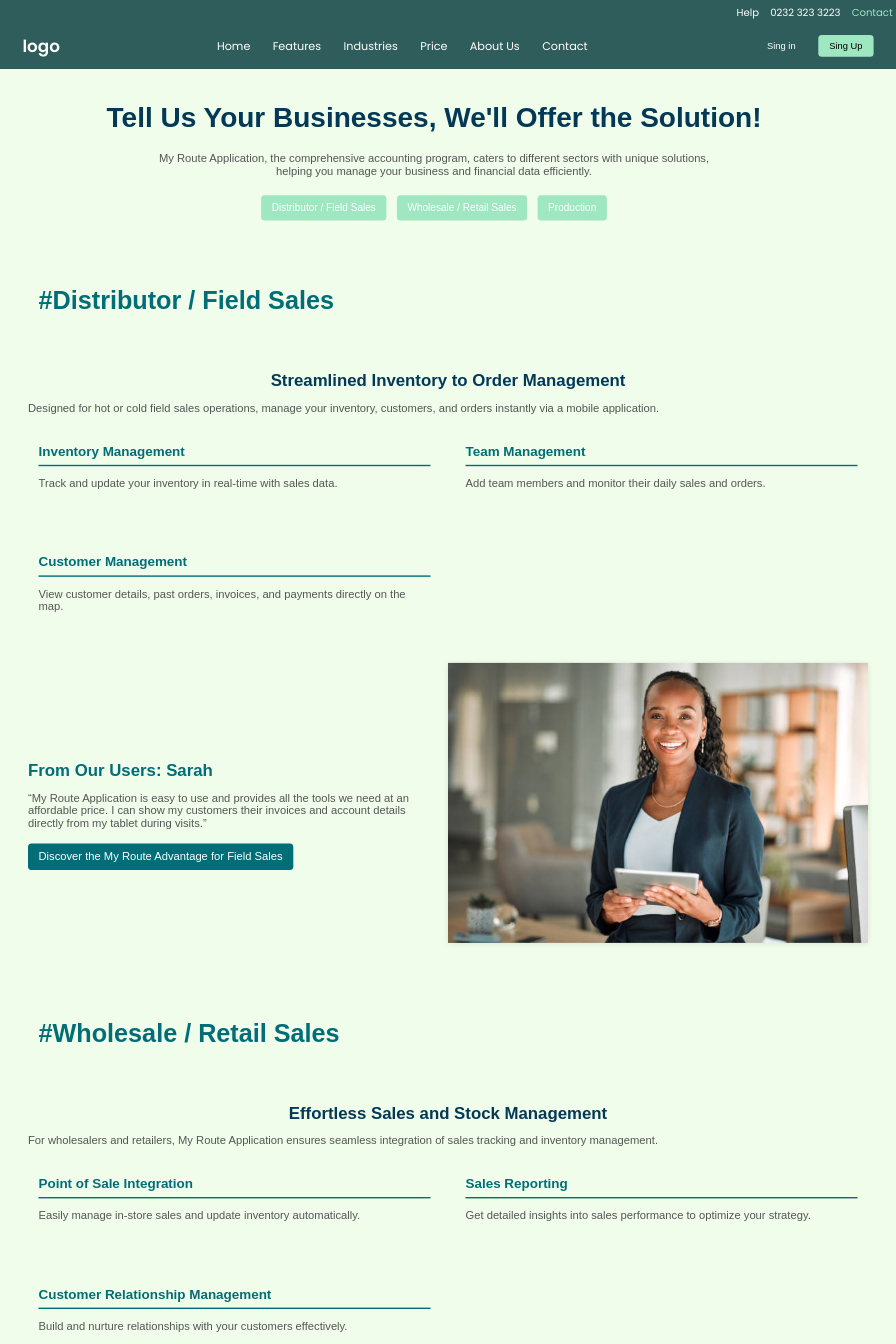
Repository: senolinanyasar/myrouteapplication
Page: /industries
An editor plug-in stored every save of this project. The page is shown before and after the next save, followed by the edit.
The browser window is 1280 px wide. The pictures show the part of the page from y = 0 to 1920 px (the page is 3949 px tall), at 70% of full size.
The project was rebuilt for these pictures with package versions that can differ from the ones it lists, and the page was loaded fresh each time. Also part of the build but not shown: vite.config.js, src/components/HeroSection.css, src/components/HeroSection.js, src/components/FeaturesSection.css, src/components/FeaturesSection.js, src/components/PricingSection.css, src/components/PricingSection.js, src/components/SupportSection.css and 6 more.

Above is the page before, as saved 2024-11-17 23:41:52.

### src/index.css
@import url('https://fonts.googleapis.com/css2?family=Poppins:wght@400;600&display=swap');

body {
  font-family: 'Poppins', sans-serif;
  color: #264653;
  background-color: #f1faee;
  margin: 0;
  padding: 0;
  box-sizing: border-box;
}

code {
  font-family: source-code-pro, Menlo, Monaco, Consolas, 'Courier New',
    monospace;
}

### src/App.js
import React from 'react';
import { BrowserRouter as Router, Route, Routes } from 'react-router-dom';
import Header from './components/Header';
import HomePage from './components/HomePage';
import PricingPage from './components/PricingPage';
import TopBar from './components/TopBar';
import Footer from './components/Footer';
import IndustriesPage from './components/IndustriesPage';


function App() {
  return (
    <Router>
      <TopBar/>
      <Header />
      <Routes>
        <Route path='/' element={<HomePage />} />
        <Route path='/pricing' element={<PricingPage />} />
        <Route path='/industries' element={<IndustriesPage />} />
      </Routes>
      <Footer/>
    </Router>

  );
}

export default App;

### src/components/Header.js
// Header.js
import React from 'react';
import './Header.css';
import { Link } from 'react-router-dom';

const Header = () => {
    return (
        <header className="header">
            <div className="header-logo">logo</div>
            <nav className="header-nav">

                    <Link to="/">Home</Link>
                    <Link to="/features">Features</Link>
                    <Link to="/industries">Industries</Link>
                    <Link to="/pricing">Price</Link>
                    <Link to="/aboutus">About Us</Link>
                    <Link to="/contact">Contact</Link>



            </nav>
            <div className="header-buttons">
                <button className="login-button">Sing in</button>
                <button className="register-button">Sing Up</button>
            </div>
        </header>
    );
};


export default Header;

### src/components/TopBar.js
// TopBar.js
import React from 'react';
import './TopBar.css';

const TopBar = () => {
    return (
        <div className="top-bar">
            <div className="top-bar-content">
                <span>Help</span>
                <span>0232 323 3223</span>
                <a href="#contact">Contact</a>
            </div>
        </div>
    );
};

export default TopBar;

### src/components/Footer.js
// Footer.js

import React from 'react';
import './Footer.css';
import { FaFacebook, FaInstagram, FaLinkedin, FaTwitter, FaYoutube } from 'react-icons/fa';

const Footer = () => {
    return (
        <footer className="footer">
            <div className='footer-content'>
                <div className='footer-left'>
                    <div className='footer-logo'>
                        <h2>My Route Application</h2>
                    </div>
                    <p>Kazımdirik Mahallesi, Üniversite <br />Caddesi Ağaçlı Yol No: 37-39, <br />35100 Bornova/İzmir</p>
                    <div className='social-icons'>
                        <FaFacebook />
                        <FaTwitter />
                        <FaInstagram />
                        <FaLinkedin />
                        <FaYoutube />
                    </div>
                </div>

                <div className="footer-right">
                <br/><br/><br/><br/>
                    <div className='footer-section'>
                        <h4>Features</h4>
                        <ul>
                            <li>Location-Based Customer Search</li>
                            <li>Customer Management</li>
                            <li>Customer Tracking</li>
                            <li>Sales Tracking</li>
                            <li>Basic Accounting</li>
                            <li>Inventory Tracking</li>
                            <li>Reporting</li>
                        </ul>
                    </div>

                    <div className="footer-section">
                        <h4>Privileges</h4>
                        <ul>
                            <li>Industries</li>
                            <li>Pricing</li>
                            <li>Support</li>
                        </ul>
                    </div>

                    <div className="footer-section">
                        <h4>About Us</h4>
                        <ul>
                            <li>Privacy Policy</li>
                            <li>KVKK Disclosure Text</li>
                        </ul>
                    </div>
                </div>
            </div>

            <div className="footer-bottom">
                <p>&copy; 2024 My Route Application. All rights reserved.</p>
            </div>
        </footer>
    );
};

export default Footer;

### src/components/IndustriesPage.js
import React from "react";
import './IndustriesPage.css';
import distributorImage from '../images/distributor.jpg';
import wholesaleImage from '../images/wholesale.jpg';
import productionImage from '../images/production.jpg';

const industries = [
    {
        id: 'distributor',
        title: 'Distributor / Field Sales',
        header: 'Streamlined Inventory to Order Management',
        description:
            'Designed for hot or cold field sales operations, manage your inventory, customers, and orders instantly via a mobile application.',
        features: [
            {
                title: 'Inventory Management',
                description: 'Track and update your inventory in real-time with sales data.',
            },
            {
                title: 'Team Management',
                description: 'Add team members and monitor their daily sales and orders.',
            },
            {
                title: 'Customer Management',
                description:
                    'View customer details, past orders, invoices, and payments directly on the map.',
            },
        ],
        testimonial: {
            name: 'From Our Users: Sarah',
            feedback:
                '“My Route Application is easy to use and provides all the tools we need at an affordable price. I can show my customers their invoices and account details directly from my tablet during visits.”',
            button: 'Discover the My Route Advantage for Field Sales',
            image: distributorImage,
        },
    },
    {
        id: 'wholesale',
        title: 'Wholesale / Retail Sales',
        header: 'Effortless Sales and Stock Management',
        description:
            'For wholesalers and retailers, My Route Application ensures seamless integration of sales tracking and inventory management.',
        features: [
            {
                title: 'Point of Sale Integration',
                description: 'Easily manage in-store sales and update inventory automatically.',
            },
            {
                title: 'Sales Reporting',
                description:
                    'Get detailed insights into sales performance to optimize your strategy.',
            },
            {
                title: 'Customer Relationship Management',
                description: 'Build and nurture relationships with your customers effectively.',
            },
        ],
        testimonial: {
            name: 'From Our Users: John',
            feedback:
                '“My Route Application has revolutionized how we track and manage sales. It’s intuitive, reliable, and a great value for money.”',
            button: 'Discover the My Route Advantage for Retail',
            image: wholesaleImage,
        },
    },
    {
        id: 'production',
        title: 'Production',
        header: 'From Materials to Final Products',
        description:
            'Manage every stage of your production process efficiently, from raw materials to finished goods.',
        features: [
            {
                title: 'Raw Material Tracking',
                description:
                    'Track and manage your raw materials inventory to avoid shortages.',
            },
            {
                title: 'Production Scheduling',
                description: 'Plan and execute production schedules with precision.',
            },
            {
                title: 'Cost Analysis',
                description:
                    'Analyze production costs to optimize your budget and increase profitability.',
            },
        ],
        testimonial: {
            name: 'From Our Users: Linda',
            feedback:
                '“With My Route Application, managing our production pipeline has become so much easier. We can now track every stage of the process in real-time.”',
            button: 'Discover the My Route Advantage for Production',
            image: productionImage,
        },
    },
];

const IndustriesPage = () => {
    return (
        <div className="industries-page">
            <div className="industries-header">
                <h1>Tell Us Your Businesses, We'll Offer the Solution!</h1>
                <p>My Route Application, the comprehensive accounting program, caters to different sectors with unique
                    solutions, helping you manage your business and financial data efficiently.</p>
                <div className="industries-buttons">
                    {industries.map((industry) => (
                        <button
                            key={industry.id}
                            className="industry-button"
                            onClick={() => document.getElementById(industry.id).scrollIntoView({ behavior: 'smooth' })}
                        >
                            {industry.title}
                        </button>
                    ))}
                </div>
            </div>
            {industries.map((industry) => (
                <section key={industry.id} id={industry.id} className="industry-section">
                    <div className="industry-title-box">
                        <h2>#{industry.title}</h2>
                    </div>
                    <h3 className="industry-header">{industry.header}</h3>
                    <p className="industry-description">{industry.description}</p>
                    <div className="industry-features">
                        {industry.features.map((feature, index) => (
                            <div key={index} className="industry-feature">
                                <h4>{feature.title}</h4>
                                <div className="feature-divider"></div>
                                <p>{feature.description}</p>
                            </div>
                        ))}
                    </div>
                    <div className="industry-testimonial">
                        <div className="testimonial-text">
                            <h4>{industry.testimonial.name}</h4>
                            <p>{industry.testimonial.feedback}</p>
                            <button className="testimonial-button">{industry.testimonial.button}</button>
                        </div>
                        <div className="testimonial-image">
                            <img src={industry.testimonial.image} alt={industry.testimonial.name} />
                        </div>
                    </div>
                </section>
            ))}
        </div>
    );
};


export default IndustriesPage;

### src/components/Header.css
/* Header.css */
.header{
    display: flex;
    justify-content: space-between;
    align-items: center;
    padding: 1rem 2rem;
    background-color: #2f5d5b;
    color: white;
    margin-top: 2rem;
    position: sticky;
    top: 2rem;
    z-index: 999;
}


.header-logo {
    font-size: 1.5rem;
    font-weight: bold;
}
.header-nav a{
    margin: 0 1rem;
    color: white;
    text-decoration: none;
}
.header-nav a:hover {
    color: #e9c46a;
  }

.header-buttons button{
    margin-left: 1rem;
    padding: 0.5rem 1rem;
    border: none;
    border-radius: 5px;
}

.login-button{
    background-color: #2f5d5b;
    color: white;
}

.register-button{
    background-color: #9fe7c0;
    color: black;
}

### src/components/TopBar.css
/* TopBar.css */

.top-bar {
    background-color: #2f5d5b;
    color: white;
    padding: 0.5rem;
    font-size: 0.9rem;
    display: flex;
    justify-content: center;
    position: fixed;
    top: 0;
    width: 99%;
    z-index: 1000;
}
.top-bar-content {
    display: flex;
    gap: 1rem;
    align-items: center;
    justify-content: flex-end;
    width: 100%;
}

.top-bar-content span{
    color: #ffffff;
}
.top-bar-content a{
    color: #9fe7c0;
    text-decoration: none;
    transition: color 0.3s;
}

.top-bar-content a:hover{
    color: #c3f2d0;
}

### src/components/Footer.css
/* Footer.css */

.footer {
    background-color: #264653;
    color: #ffffff;
    padding: 3rem 2rem;
}
.footer-content{
    display: flex;
    max-width: 1200px;
    justify-content: space-around;
    margin: 0 auto;
}

.footerleft{
    flex: 1;
    max-width: 300px;
}

.footer-logo h2{
    font-size: 1.5rem;
    color: #ffffff;
    margin-bottom: 2rem;
}


.footer-left p{
    color: #c3c3c3;
    font-size: 0.9rem;
    margin-bottom: 2.5rem;
}

.social-icons{
    display: flex;
    gap: 1rem;
    font-size: 1.2rem;
}


.social-icons svg{
    color: #9fe7c0;
    cursor: pointer;
    transition: color 0.3s ease;
}
.social-icons svg:hover {
    color: #c3f2d0;
}

.footer-right{
    display: flex;
    gap: 3rem;
    flex: 2;
    margin-left: 5rem;
}

.footer-section{
    text-align: left;
}
.footer-section h4{
    font-size: 1.2rem;
    color: #9fe7c0;
    margin-bottom: 1rem;
}
.footer-section ul{
    list-style: none;
    padding: 0;
    margin: 0;

}

.footer-section ul li{
    font-size: 0.9rem;
    margin-bottom: 0.5rem;
    color: #c3c3c3;
    cursor: pointer;
    transition: color 0.3s ease;
}

.footer-sectionul li:hover{
    color: #ffffff;
}

.footer-bottom{
    text-align: center;
    font-size: 0.8rem;
    color: #c3c3c3;
    margin-top: 2rem;
}

### src/components/IndustriesPage.css
/* IndustriesPage.css */

.industries-page {
    font-family: 'Arial', sans-serif;
    padding: 20px;

    background-color: #f0fdeb;
    margin: 0 auto;
}

.industries-header {
    max-width: 1200px;
    text-align: center;
    margin-bottom: 30px;
}

.industries-header h1 {
    font-size: 2.5rem;
    color: #033956;
}

.industries-header p {
    font-size: 1rem;
    color: #555;
    margin: 15px auto;
    max-width: 800px;
}

.industries-buttons {
    display: flex;
    justify-content: center;
    gap: 15px;
    position: sticky;
    top: 0;
    z-index: 10;
    background-color: #f0fdeb;
    padding: 10px 0;

}

.industry-button {
    padding: 10px 15px;
    border: none;
    border-radius: 5px;
    background-color: #9fe7c0;
    color: #fff;
    cursor: pointer;
    font-size: 0.9rem;

}

.industry-button:hover {
    background-color: #c3f2d0;
}

.industry-section {
    padding: 20px;
    margin: 30px 0;
    background: #f0fdeb;
    border-radius: 10px;

}

.industry-title-box {
    font-size: 1.5rem;
    background-color: #f0fdeb;
    color: #006d77;
    padding: 5px 15px;
    display: inline-block;
    border-radius: 5px;
    margin-bottom: 20px;

}

.industry-header {
    font-size: 1.5rem;
    margin-bottom: 10px;
    color: #033956;
    font-weight: bold;
    text-align: center;
}

.industry-description {
    font-size: 1rem;
    margin-bottom: 1.30px;
    color: #555;
}

.industry-features {
    display: grid;
    grid-template-columns: 1fr 1fr;
    gap: 20px;
    margin-bottom: 40px;
}
.industry-feature {
    background-color: #f0fdeb;
    padding: 15px;
    border-radius: 8px;

}
.industry-feature h4 {
    font-size: 1.2rem;
    margin-bottom: 8px;
    color: #006d77;


}

.feature-divider {
    width: 100%;
    height: 2px;
    background-color: #006d77;
    margin-bottom: 10px;
}
.industry-feature p {
    font-size: 1rem;
    color: #555;
}

.industry-testimonial {
    display: flex;
    justify-content: space-between;
    align-items: center;
    gap: 20px;
}

.testimonial-text {
    text-align: left;
    flex: 1;
}

.testimonial-text h4 {
    font-size: 1.5rem;
    margin-bottom: 10px;
    color: #006d77;

}

.testimonial-text p {
    margin-bottom: 20px;
    color: #555;
    font-size: 1rem;
}

.testimonial-button {
    padding: 10px 15px;
    border: none;
    background-color: #006d77;
    color: white;
    border-radius: 5px;
    cursor: pointer;
    font-size: 1rem;
    transition: background-color 0.3s ease;
}
.testimonial-button:hover {
    background-color: #005f87;
}
.testimonial-image img {
    width: 600px;
    height: 400px;
    object-fit: cover;

    box-shadow: 0 2px 8px rgba(0, 0, 0, 0.1);
}
footer {
    margin-top: 40px;
}

Loaded but not shown: public/index.html (common file); src/index.js (common file); src/reportWebVitals.js (common file)

After the next save:
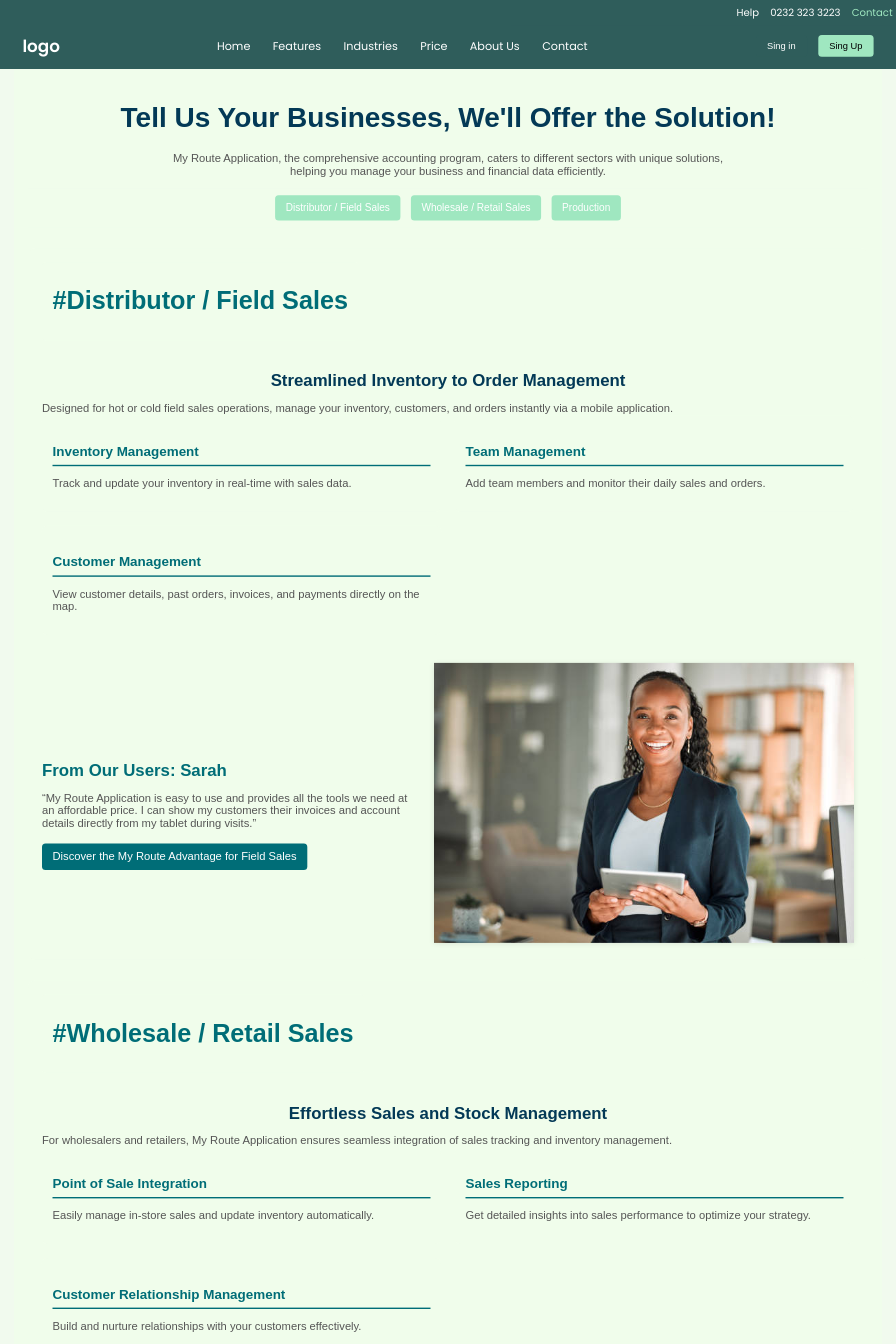
Saved 7 s later.
--- a/src/components/IndustriesPage.css
+++ b/src/components/IndustriesPage.css
@@ -3,13 +3,12 @@
 .industries-page {
     font-family: 'Arial', sans-serif;
     padding: 20px;
-
+    max-width: 1200px;
     background-color: #f0fdeb;
     margin: 0 auto;
 }
 
 .industries-header {
-    max-width: 1200px;
     text-align: center;
     margin-bottom: 30px;
 }
